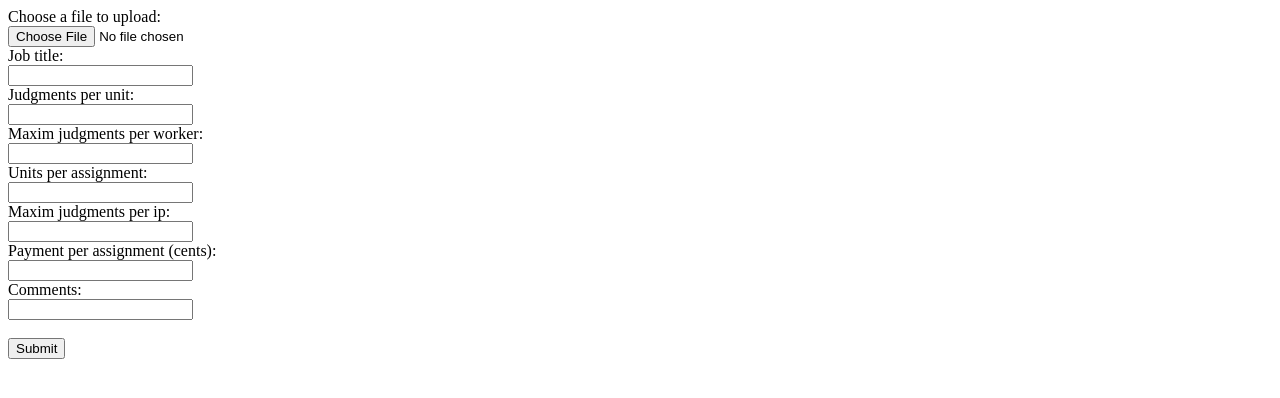
Repository: laroyo/watsonc
Page: http://localhost/oana/index.php
The author's editor kept a copy of each file at every save. The page is drawn from the files as they stood at one save, then again after the next save.
The browser window is 1280 px wide. The pictures show the whole page.
The page is run by PHP 8.4 with error messages shown; the project is at /var/www/html/.

Above is the page before, as saved 2013-03-06 10:14:48.

After the next save:
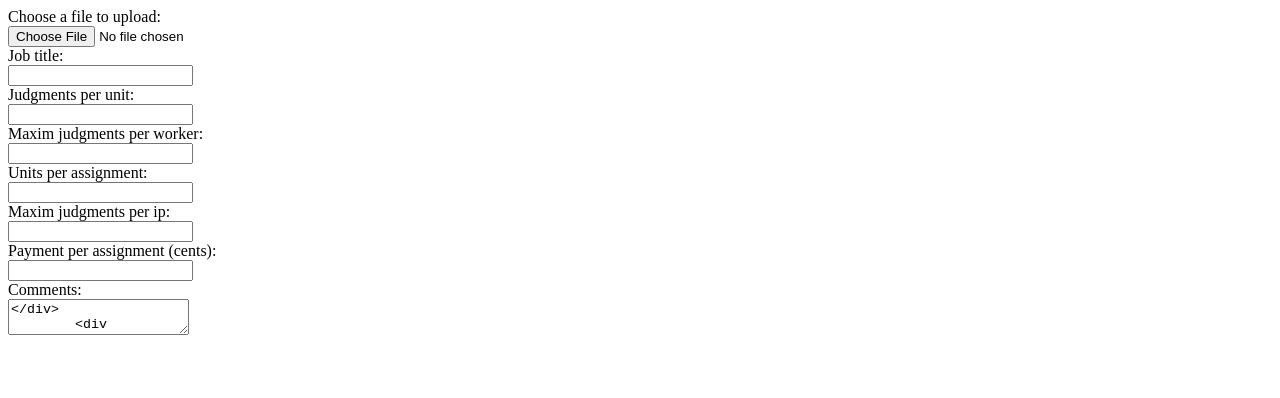
Saved 74 s later.
--- a/GUI/stift7/hui/oana/index.php
+++ b/GUI/stift7/hui/oana/index.php
@@ -20,7 +20,7 @@
 	<div class="labelfield">Payment per assignment (cents):</div>
 	<div class="inputfield"><input type="text" name="payment" /></div>
 	<div class="labelfield" title = "The purposes or notes of creating the job">Comments:</div>
-	<div class="inputfield"><input type="comments" name="job_comment" /></div>
+	<div class="inputfield"><textarea type="comments" name="job_comment" /></div>
 	<div class="labelfield">&nbsp;</div>
 	<div class="inputfield"><input type="submit" value="Submit" /></div>
 	</div>
